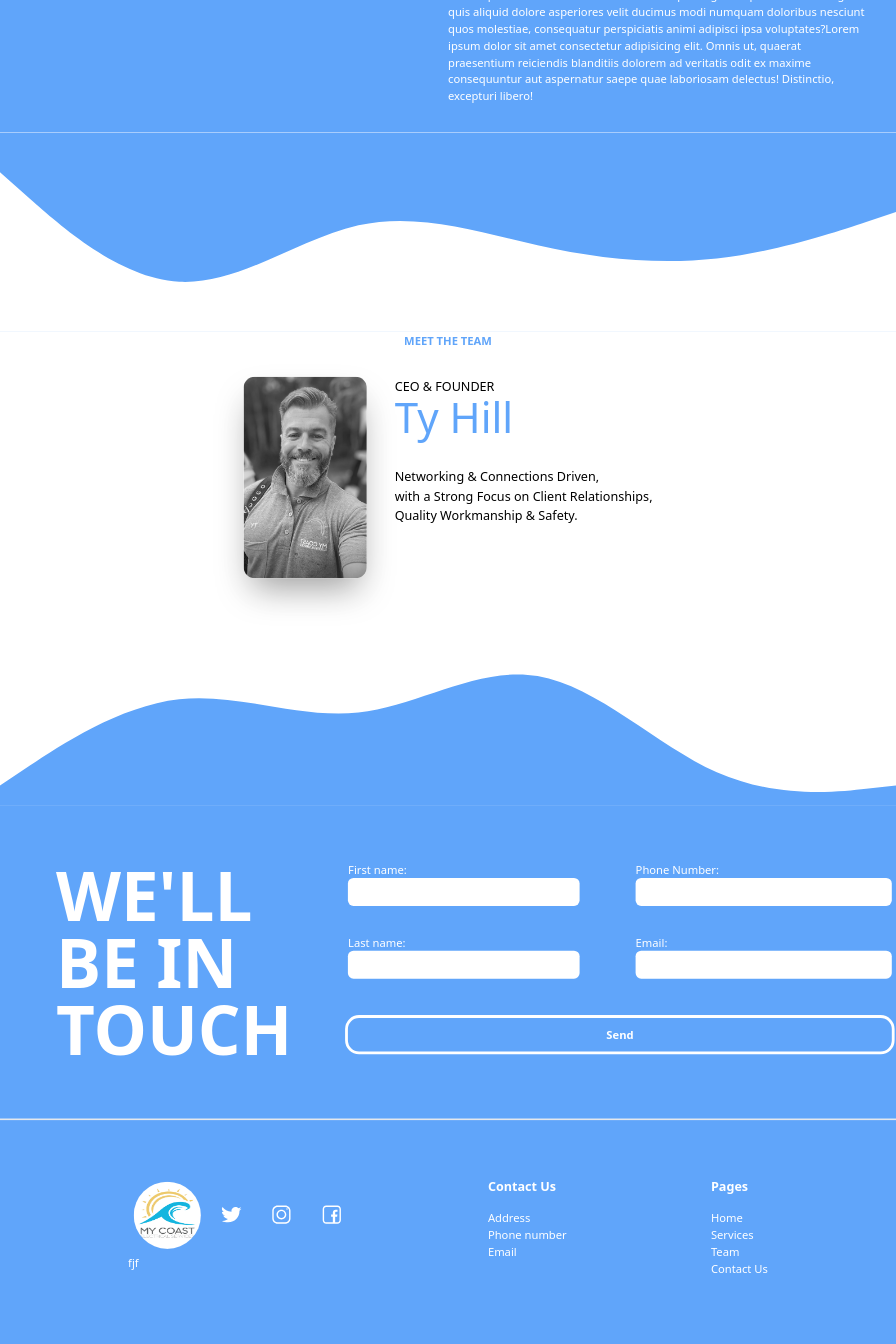
Repository: Jace-Kington/mce-website
Page: /
An editor plug-in stored every save of this project. The page is shown before and after the next save, followed by the edit.
The browser window is 1280 px wide. The pictures show the part of the page from y = 983 to 2903 px (the page is 2903 px tall), at 70% of full size.
The project was rebuilt for these pictures with package versions that can differ from the ones it lists, and the page was loaded fresh each time. The framework's server and built-in components were replaced by stand-ins that run in the browser. Also part of the build but not shown: next.config.js.

Above is the page before, as saved 2022-11-12 12:57:33.

### pages/index.js

import Navbar from '../components/Navbar'
import Services from '../components/Services'
import MeetUs from '../components/Meet-us'
import ContactUs from '../components/ContactUs'
import Footer from '../components/Footer'

export default function Home() {
  return (
    <div>
      <head>
        <link rel="preconnect" href="https://fonts.googleapis.com"/>
        <link rel="preconnect" href="https://fonts.gstatic.com" crossorigin/>
        <link href="https://fonts.googleapis.com/css2?family=Rubik:ital,wght@0,400;0,500;0,700;0,900;1,800;1,900&display=swap" rel="stylesheet"/>
        <meta name="viewport" content="width=device-width, initial-scale=1.0" />
      </head>
      <Navbar/>
      <Services/>
      <MeetUs/>
      <ContactUs/>
      <Footer/>
    </div>
  )
}

### components/Navbar.jsx
import React from 'react'
import Image from 'next/image'
import image_2 from '../assets/logo-1.png'

const Navbar = () => {
  return (
    <div className=''>
      <head>
      </head>
      <div className='flex justify-between items-center ml-5 mr-5'>
        <Image alt = "" src={image_2} className='rounded-full p-2 h-28 w-28' />

        <div className='flex gap-10 items-center'>
          <a className='hover:text-blue-400 transition ease-in' href='#services-section'>
            Services
          </a>

          <a className='hover:text-blue-400 transition ease-in ' href="#meet-us">
            Team
          </a>

          <div className=''>
            <a className='bg-blue-400 hover:bg-blue-500 transition ease-in rounded-2xl p-3' href="#contact-us">
              <span className='text-white'>Enquire Now</span>
            </a>
          </div>

        </div>
      </div>

      <div className='text-center text-blue-400 mt-12'>
        <div className='text-7xl'>
          The Best <strong>Trade Services</strong>
        </div>
        <div className='text-7xl'>
          On the Sunny Coast
        </div>

        <div className='outline-rounded mt-20 bg-white'>
          <a className='rounded-2xl hover:bg-blue-400 hover:text-white transition shadow-md shadow-blue-400 hover:shadow-lg hover:shadow-blue-400 p-5' href="#contact-us">
            Get Started
          </a>
        </div>
      </div>

      <svg xmlns="http://www.w3.org/2000/svg" viewBox="0 0 1440 320"><path fill="#60a5fa" fill-opacity="1" d="M0,192L48,186.7C96,181,192,171,288,160C384,149,480,139,576,144C672,149,768,171,864,197.3C960,224,1056,256,1152,261.3C1248,267,1344,245,1392,234.7L1440,224L1440,320L1392,320C1344,320,1248,320,1152,320C1056,320,960,320,864,320C768,320,672,320,576,320C480,320,384,320,288,320C192,320,96,320,48,320L0,320Z"></path></svg>
    </div>
  )
}

export default Navbar

### components/Services.tsx
import React from 'react'

const Services = () => {
  return (
    <div id = 'services-section' className = 'bg-blue-400'>
        <div className = 'text-white text-center font-semibold text-lg uppercase underline-offset-1'>Our Services</div>
        <div className = 'grid grid-cols-2 m-10'>
            <div className = ''>
                <div className = 'text-white text-6xl font-bold'>Commercial</div>
                <div className = 'text-white text-lg'>Lorem ipsum dolor sit, amet consectetur adipisicing elit. Eaque culpa at enim rem deleniti, doloribus veritatis iusto reiciendis totam cum aliquid tempore adipisci. </div>
            </div>
            <div className = ''>

            </div>
            <div>

            </div>
            <div>
                <div className = 'text-white text-6xl font-bold'>Residential</div>
                <div className = 'text-white'>Lorem ipsum dolor sit amet consectetur adipisicing elit. Aperiam sit, est fugiat quis aliquid dolore asperiores velit ducimus modi numquam doloribus nesciunt quos molestiae, consequatur perspiciatis animi adipisci ipsa voluptates?Lorem ipsum dolor sit amet consectetur adipisicing elit. Omnis ut, quaerat praesentium reiciendis blanditiis dolorem ad veritatis odit ex maxime consequuntur aut aspernatur saepe quae laboriosam delectus! Distinctio, excepturi libero!</div>
            </div>
        </div>
        <svg className = 'bg-white' xmlns="http://www.w3.org/2000/svg" viewBox="0 0 1440 320">
        <path fill="#60a5fa" fill-opacity="1" d="M0,64L48,106.7C96,149,192,235,288,240C384,245,480,171,576,149.3C672,128,768,160,864,181.3C960,203,1056,213,1152,202.7C1248,192,1344,160,1392,144L1440,128L1440,0L1392,0C1344,0,1248,0,1152,0C1056,0,960,0,864,0C768,0,672,0,576,0C480,0,384,0,288,0C192,0,96,0,48,0L0,0Z"></path>
        </svg>
    </div>
  )
}

export default Services

### components/Meet-us.tsx
import React from 'react'
import Image from 'next/image'
import image_2 from '../assets/ty-photo.png'


const MeetUs = () => {
  return (
    <div id = "meet-us" className = 'max-w-[100%]'>
        <div className = 'text-blue-400 uppercase font-semibold text-center'>Meet the Team</div>

        <div className = 'justify-center flex gap-10 m-10'>
            <div>
              <Image alt = "" className = 'rounded-2xl shadow-2xl shadow-blue-400 grayscale h-72 w-44' src = {image_2}/>
            </div>
            <div>
                <div className = 'uppercase text-lg'>CEO & Founder</div>
                <div className = 'text-6xl text-blue-400 pb-10'>Ty Hill</div>
                <div className = 'text-lg'>
                  <div className = ''>Networking & Connections Driven, </div>
                  <div>with a Strong Focus on Client Relationships,</div>
                  <div>Quality Workmanship & Safety.</div>
                </div>

            </div>
        </div>

        <svg xmlns="http://www.w3.org/2000/svg" viewBox="0 0 1440 320"><path fill="#60a5fa" fill-opacity="1" d="M0,288L48,256C96,224,192,160,288,149.3C384,139,480,181,576,170.7C672,160,768,96,864,112C960,128,1056,224,1152,266.7C1248,309,1344,299,1392,293.3L1440,288L1440,320L1392,320C1344,320,1248,320,1152,320C1056,320,960,320,864,320C768,320,672,320,576,320C480,320,384,320,288,320C192,320,96,320,48,320L0,320Z"></path></svg>
    </div>
  )
}

export default MeetUs

### components/ContactUs.jsx
import React, { useRef } from 'react'
import emailjs from '@emailjs/browser'
import { ToastContainer, toast } from 'react-toastify'
import 'react-toastify/dist/ReactToastify.css'

const ContactUs = () => {
  return (
    <div id = "contact-us" className = 'bg-blue-400'>
        <div className = 'flex'>
          <div className = 'text-white uppercase font-semibold p-20 text-8xl'>
              <div>We&apos;ll</div>
              <div>Be In</div>
              <div>Touch</div>
          </div>
          <form  className = 'pt-20'>
            <div className = 'flex gap-20 '>
              <div className = 'flex flex-col gap-10'>
                <div>
                  <label className = 'text-white' for="fname">First name:</label>
                  <input className = 'rounded-lg p-2 outline-1 outline-white w-full' type="text" id="fname" name="fname"/>
                </div>
                <div>
                  <label className = 'text-white' for="lname">Last name:</label>
                  <input className = 'rounded-lg p-2 outline-1 outline-white w-full' type="text" id="lname" name="lname"/>
                </div>
              </div>
              <div>
              <div className = 'flex flex-col gap-10'>
                <div>
                  <label className = 'text-white' for="phonenumber">Phone Number:</label>
                  <input className = 'rounded-lg p-2 outline-1 outline-white w-full' type="text" id="phonenumber" name="phonenumber"/>
                </div>
                <div>
                  <label className = 'text-white' for="email">Email:</label>
                  <input className = 'rounded-lg p-2 outline-1 outline-white w-full' type="text" id="email" name="email"/>
                </div>
              </div>
              </div>
            </div>

            <div>
              <button className = 'text-center w-full p-3 rounded-2xl font-semibold hover:text-blue-400 text-white transition ease-in bg-blue-400 outline outline-4 outline-white hover:bg-white mt-14'>Send</button>
              <ToastContainer
  position="top-right"
  autoClose={5000}
  hideProgressBar={true}
  newestOnTop={false}
  closeOnClick
  rtl={false}
  pauseOnFocusLoss
  draggable
  pauseOnHover
  toastStyle = {{'background-color': 'rgb(34 197 94)', 'color': 'white', 'border-radius': '1rem', 'padding': '15px'}}
  />
            </div>
          </form>
        </div>
      </div>
  )
}

export default ContactUs

### components/Footer.tsx
import React from 'react'
import image_2 from '../assets/logo-1.png'
import Image from 'next/image'

const Footer = () => {
  return (
    <div className = 'border-t-2 border-gray pb-4 bg-blue-400'>
        <div className = 'flex justify-around text-white p-20'>
            <div className = ''>
                <div className = 'flex items-center gap-5'>
                <Image alt = "" src= {image_2} className = 'items-start rounded-full p-2 h-28 w-28'/>

                <div className = 'flex gap-10 text-white'>
                    <svg fill="#fff" xmlns="http://www.w3.org/2000/svg"  viewBox="0 0 16 16" width="32px" height="32px"><path d="M 15 3.296875 C 14.476563 3.523438 13.949219 3.691406 13.367188 3.746094 C 13.949219 3.410156 14.417969 2.84375 14.648438 2.226563 C 14.066406 2.5625 13.484375 2.789063 12.84375 2.902344 C 12.257813 2.339844 11.5 2 10.683594 2 C 9.109375 2 7.824219 3.242188 7.824219 4.765625 C 7.824219 4.988281 7.824219 5.214844 7.882813 5.386719 C 4.875 5.386719 2.8125 3.691406 1.414063 2 C 1.121094 2.394531 1.003906 2.902344 1.003906 3.410156 C 1.003906 4.367188 1.53125 5.214844 2.289063 5.722656 C 1.820313 5.667969 1.355469 5.554688 1.003906 5.386719 C 1.003906 5.386719 1.003906 5.386719 1.003906 5.441406 C 1.003906 6.796875 1.996094 7.921875 3.28125 8.148438 C 3.046875 8.203125 2.8125 8.261719 2.519531 8.261719 C 2.347656 8.261719 2.171875 8.261719 1.996094 8.207031 C 2.347656 9.335938 3.976563 10.632813 5.257813 10.632813 C 4.265625 11.363281 3.34375 12 1.5 12 C 1.265625 12 1.453125 12 1 12 C 2.28125 12.789063 3.800781 13 5.375 13 C 10.683594 13 13.542969 8.769531 13.542969 5.101563 C 13.542969 4.988281 13.542969 4.878906 13.542969 4.765625 C 14.125 4.367188 14.59375 3.863281 15 3.296875"/></svg>
                    <svg fill="#fff" xmlns="http://www.w3.org/2000/svg"  viewBox="0 0 16 16" width="32px" height="32px"><path d="M 4.773438 1 C 2.695313 1 1 2.695313 1 4.773438 L 1 10.230469 C 1 12.304688 2.695313 14 4.773438 14 L 10.230469 14 C 12.304688 14 14 12.304688 14 10.226563 L 14 4.773438 C 14 2.695313 12.304688 1 10.226563 1 Z M 4.773438 2 L 10.226563 2 C 11.765625 2 13 3.234375 13 4.773438 L 13 10.226563 C 13 11.765625 11.765625 13 10.230469 13 L 4.773438 13 C 3.234375 13 2 11.765625 2 10.230469 L 2 4.773438 C 2 3.234375 3.234375 2 4.773438 2 Z M 11.5 3 C 11.222656 3 11 3.222656 11 3.5 C 11 3.777344 11.222656 4 11.5 4 C 11.777344 4 12 3.777344 12 3.5 C 12 3.222656 11.777344 3 11.5 3 Z M 7.5 4 C 5.574219 4 4 5.574219 4 7.5 C 4 9.425781 5.574219 11 7.5 11 C 9.425781 11 11 9.425781 11 7.5 C 11 5.574219 9.425781 4 7.5 4 Z M 7.5 5 C 8.886719 5 10 6.113281 10 7.5 C 10 8.886719 8.886719 10 7.5 10 C 6.113281 10 5 8.886719 5 7.5 C 5 6.113281 6.113281 5 7.5 5 Z"/></svg>
                    <svg fill="#fff" xmlns="http://www.w3.org/2000/svg"  viewBox="0 0 16 16" width="32px" height="32px"><path d="M 3.5 1 C 2.1250151 1 1 2.1250151 1 3.5 L 1 11.5 C 1 12.874985 2.1250151 14 3.5 14 L 11.5 14 C 12.874985 14 14 12.874985 14 11.5 L 14 3.5 C 14 2.1250151 12.874985 1 11.5 1 L 3.5 1 z M 3.5 2 L 11.5 2 C 12.335015 2 13 2.6649849 13 3.5 L 13 11.5 C 13 12.335015 12.335015 13 11.5 13 L 9.9042969 13 L 9.9042969 8.9667969 L 11.300781 8.9667969 L 11.509766 7.3574219 L 9.9042969 7.3574219 L 9.9042969 6.3320312 C 9.9042969 5.8660312 10.034031 5.5488281 10.707031 5.5488281 L 11.566406 5.5488281 L 11.566406 4.109375 C 11.417406 4.089375 10.907453 4.046875 10.314453 4.046875 C 9.0764531 4.046875 8.2304688 4.795875 8.2304688 6.171875 L 8.2304688 7.3574219 L 7 7.3535156 L 7 8.9628906 L 8.2304688 8.9667969 L 8.2304688 13 L 3.5 13 C 2.6649849 13 2 12.335015 2 11.5 L 2 3.5 C 2 2.6649849 2.6649849 2 3.5 2 z"/></svg>
                </div>
                </div>


                <div className = ''>
                    <div>fjf</div>
                </div>
            </div>

            <div className = ''>
                <div className = 'text-lg font-bold pb-5'>
                    Contact Us
                </div>
                <div>
                    Address
                </div>
                <div>
                    Phone number
                </div>
                <div>
                    Email
                </div>
            </div>

            <div>
                <div className = 'text-lg font-bold pb-5'>
                    Pages
                </div>

                <div>
                    Home
                </div>
                <div>
                    Services
                </div>
                <div>
                    Team
                </div>
                <div>
                    Contact Us
                </div>
            </div>
        </div>
    </div>
  )
}

export default Footer

Loaded but not shown: pages/_app.js (common file); styles/globals.css (common file); tailwind.config.js (common file)

After the next save:
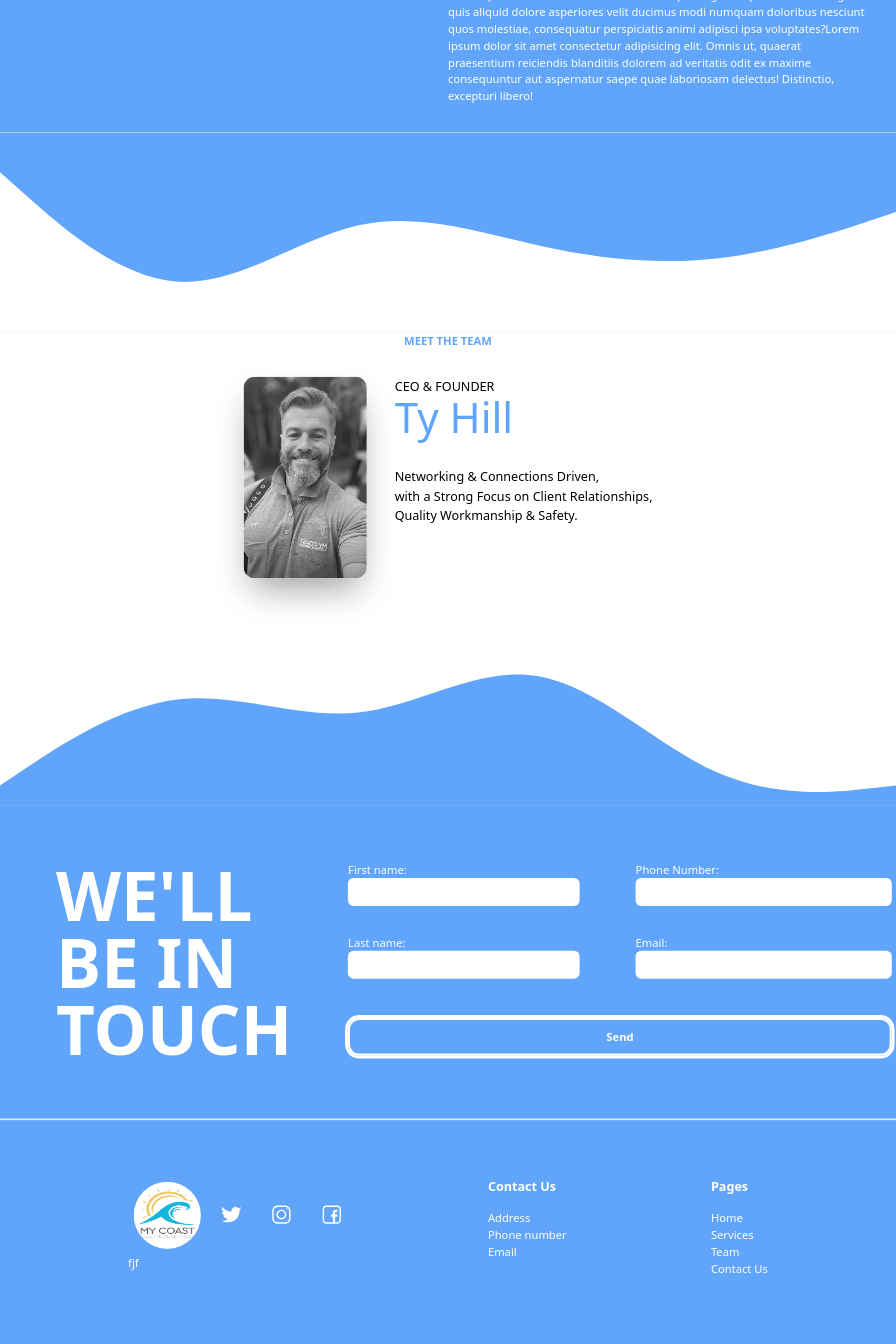
Saved 12 min 9 s later.
--- a/components/ContactUs.jsx
+++ b/components/ContactUs.jsx
@@ -39,7 +39,7 @@ const ContactUs = () => {
             </div>
 
             <div>
-              <button className = 'text-center w-full p-3 rounded-2xl font-semibold hover:text-blue-400 text-white transition ease-in bg-blue-400 outline outline-4 outline-white hover:bg-white mt-14'>Send</button>
+              <button style = {{'border-width': '3px', 'border-color': 'white'}} className = 'text-center w-full p-3 rounded-2xl font-semibold hover:text-blue-400 text-white transition ease-in bg-blue-400 outline outline-4 outline-white hover:bg-white mt-14'>Send</button>
               <ToastContainer
   position="top-right"
   autoClose={5000}
